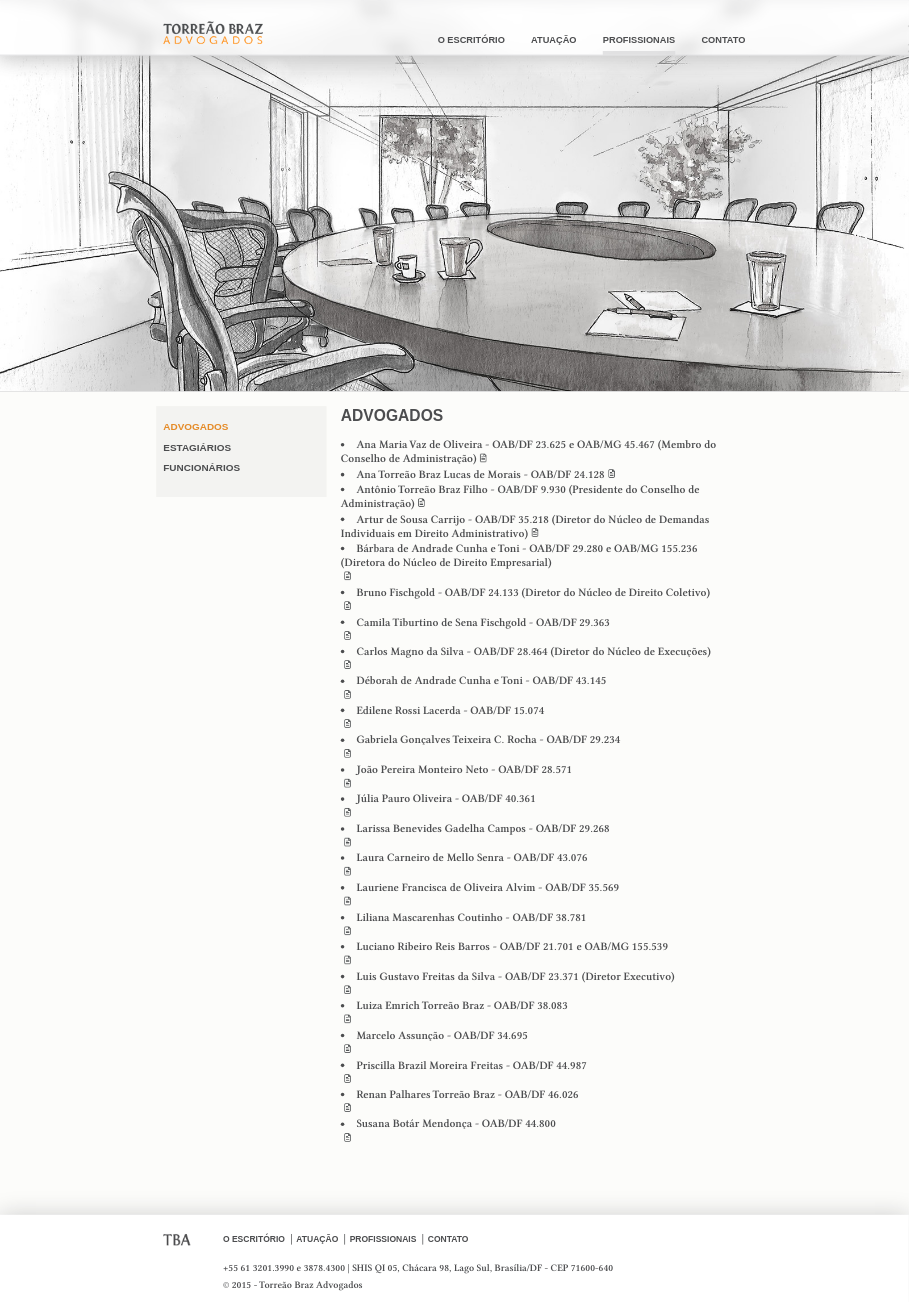
Repository: flira/torreao-braz
Page: dev/profissionais.html
The author's editor kept a record of every edit. The page is drawn from the files as they stood at one moment, then again after the next edit.
The browser window is 1280 px wide. The pictures show the whole page, at 71% of full size.
Some web libraries are served in a nearby version.

Above is the page before.

After the next edit:
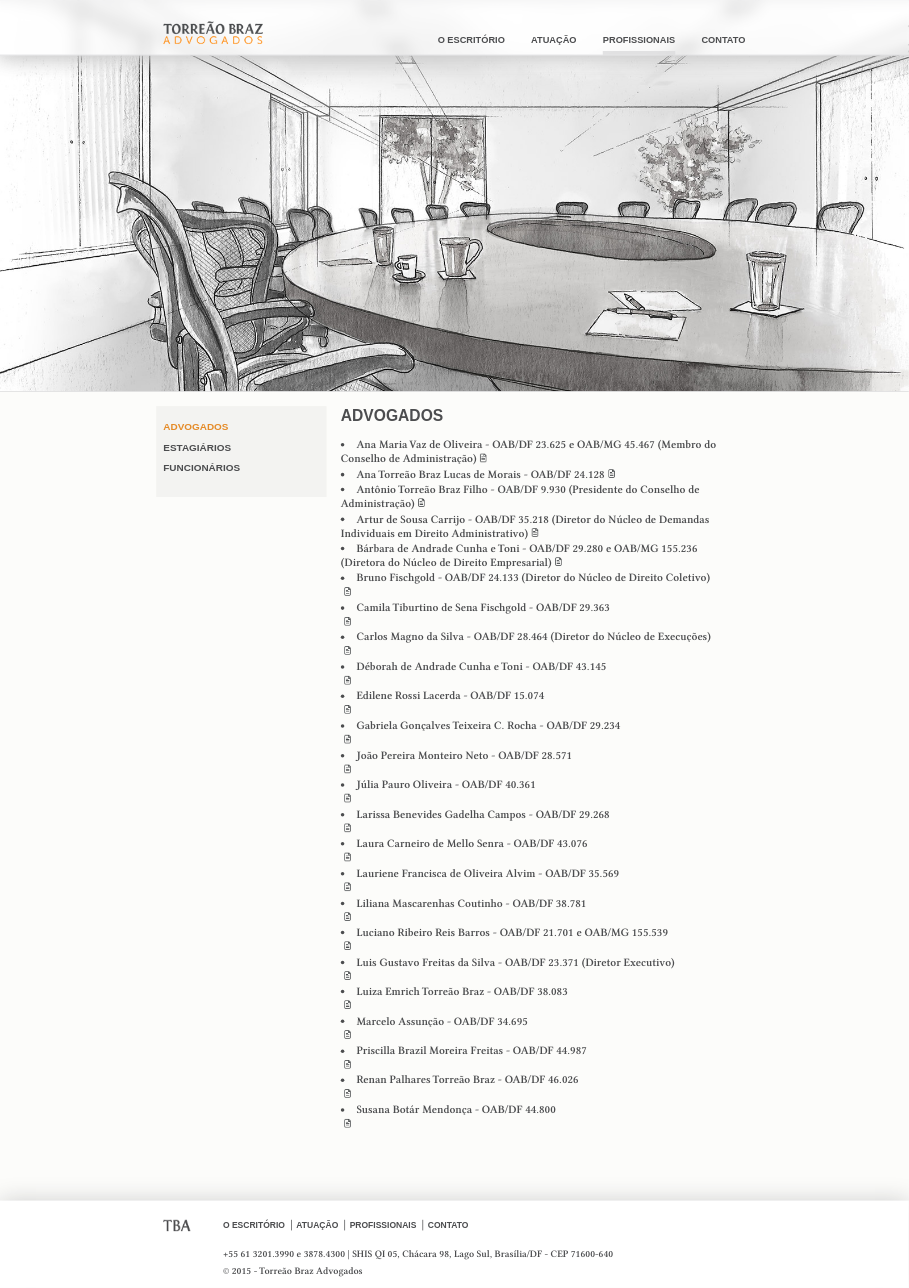
The edit:
--- a/dev/profissionais.html
+++ b/dev/profissionais.html
@@ -114,7 +114,7 @@
                 </div>
             </li>
             <li class="accordion">
-              <span class="cv" id="">Bárbara de Andrade Cunha e Toni - OAB/DF 29.280 e OAB/MG 155.236 (Diretora do Núcleo de Direito Empresarial)</a>
+              <span class="cv" id="">Bárbara de Andrade Cunha e Toni - OAB/DF 29.280 e OAB/MG 155.236 (Diretora do Núcleo de Direito Empresarial)</span>
                 <div>
                   <div class="content">
                     <a href="mailto:barbara@torreaobraz.com.br" class="email">barbara@torreaobraz.com.br</a>
